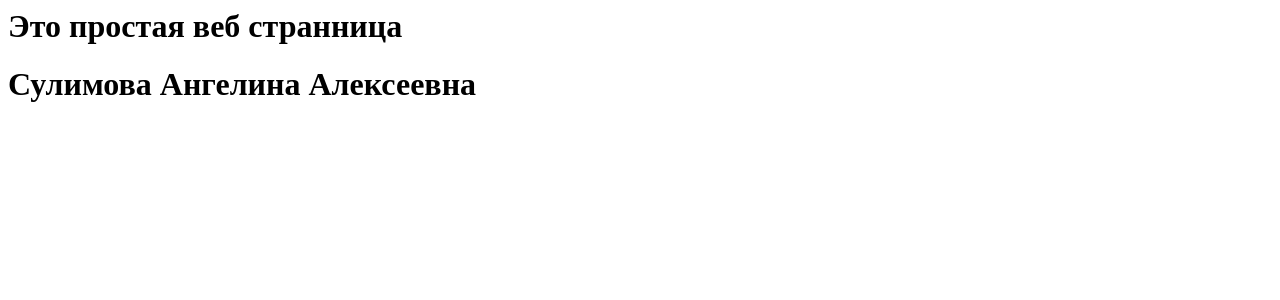
Repository: Angelina-Sulimova/site_lab3
Page: index2.html
An editor plug-in stored every save of this project. The page is shown before and after a run of saves, followed by the edit.
The browser window is 1280 px wide. The pictures show the whole page.

Above is the page before, as saved 2024-10-08 12:02:00.

### index2.html
<html>
<head>

<meta charset="UTF-8">
<title>Лабораторная работа №3</title>
<title>вторая часть</title>
</head>
<body>

<h1>Это простая веб странница</h1>
<h1>Сулимова Ангелина Алексеевна</h1>

</body>
</html>

After the next 2 saves:
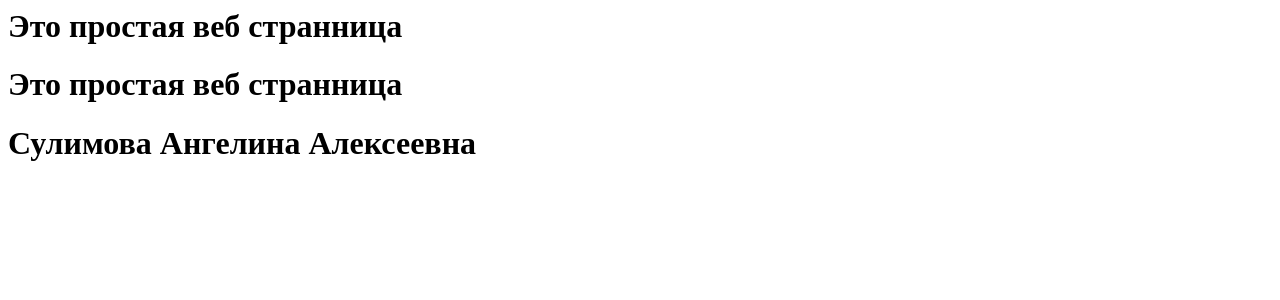
The 2 saves are shown as one change because they came seconds apart.
The last was saved 5 min 28 s later.
--- a/index2.html
+++ b/index2.html
@@ -6,7 +6,7 @@
 <title>вторая часть</title>
 </head>
 <body>
-
+<h1>Это простая веб странница</h1>
 <h1>Это простая веб странница</h1>
 <h1>Сулимова Ангелина Алексеевна</h1>
 
